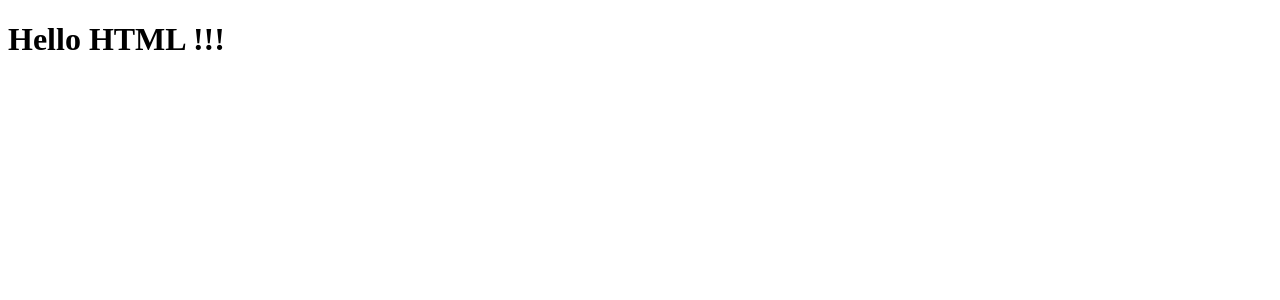
Repository: Scoobi-wisdoom/web
Page: d01/web/a1.html
These files come from the project's save history. The page is drawn as it stood at one moment and after the next save; the edit follows.
The browser window is 1280 px wide. The pictures show the whole page.

Above is the page before, as saved 2020-08-05 02:08:42.

### d01/web/a1.html
<!DOCTYPE html>
<html>
<head>
<meta charset="EUC-KR">
<title>Insert title here</title>
</head>
<body>
	<h1>Hello HTML !!!</h1>
</body>
</html>

After the next save:
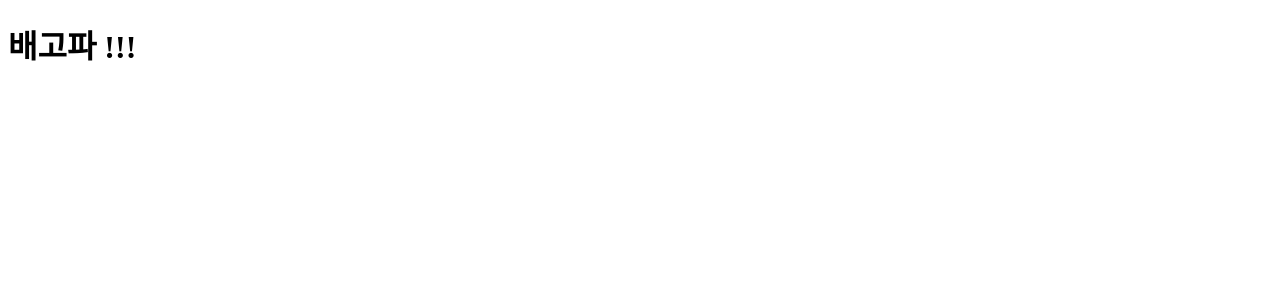
Saved 3 min 43 s later.
--- a/d01/web/a1.html
+++ b/d01/web/a1.html
@@ -5,6 +5,6 @@
 <title>Insert title here</title>
 </head>
 <body>
-	<h1>Hello HTML !!!</h1>
+	<h1>배고파 !!!</h1>
 </body>
 </html>
